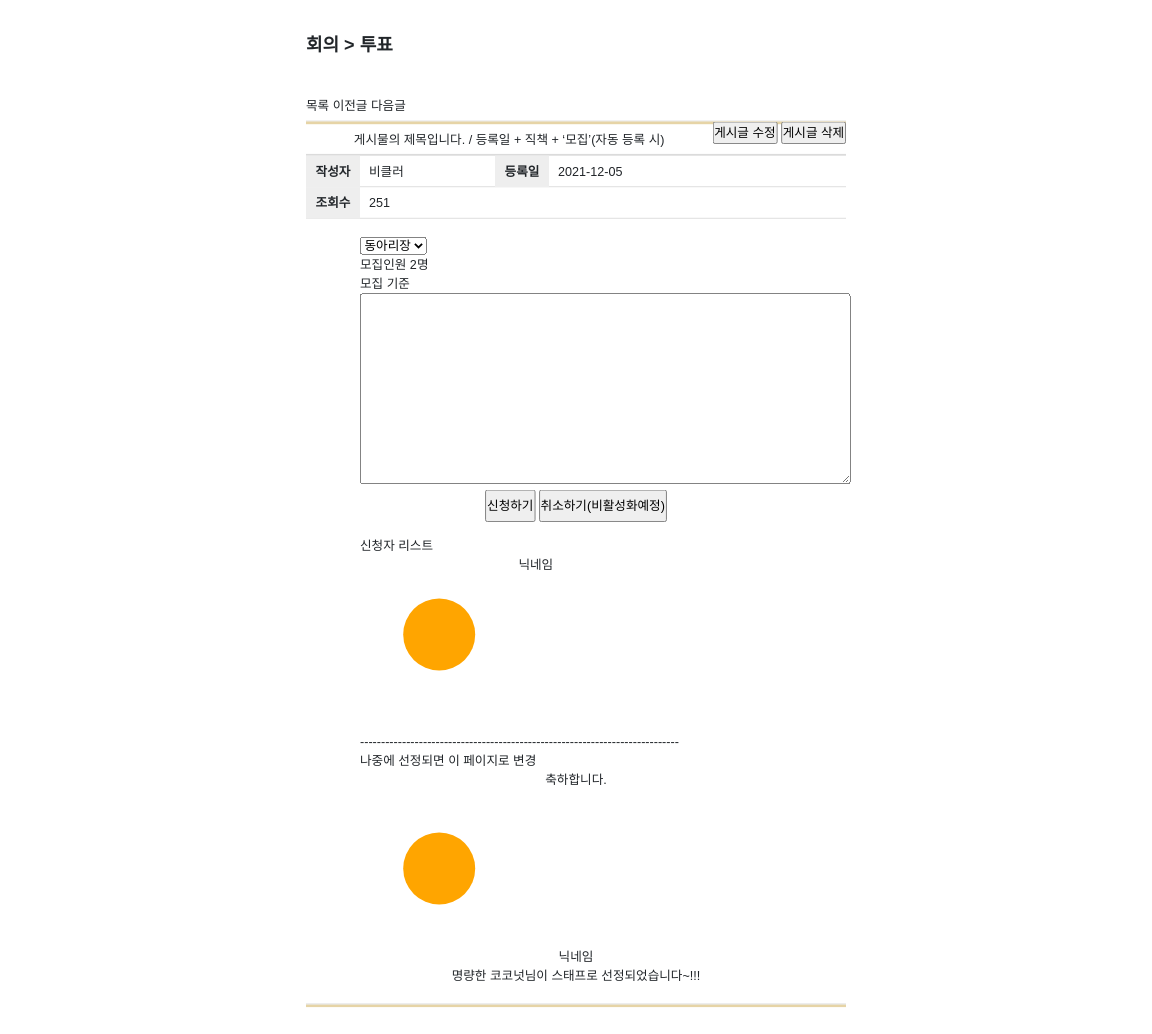
Repository: hyodii/FinalProject
Page: http://localhost/ViewPage/beeMeetingArticle.jsp
These files come from the project's save history. The page is drawn as it stood at one moment and after the next save; the edit follows.
The browser window is 1280 px wide. The pictures show the whole page, at 90% of full size.
The page is served by Tomcat 9.

Above is the page before, as saved 2021-12-11 13:16:48.

### ViewPage/WebContent/beeMeetingArticle.jsp
<%@ page contentType="text/html; charset=UTF-8"%>
<%@ taglib prefix="c" uri="http://java.sun.com/jsp/jstl/core"%>
<%
   request.setCharacterEncoding("UTF-8");
   String cp = request.getContextPath();
%>
<!DOCTYPE html>
<html>
<head>
<meta charset="UTF-8">
<title>beeMeetingArticle.jsp</title>

<!-- Bootstrap CSS -->
<link
   href="https://cdn.jsdelivr.net/npm/bootstrap@5.1.3/dist/css/bootstrap.min.css"
   rel="stylesheet"
   integrity="sha384-1BmE4kWBq78iYhFldvKuhfTAU6auU8tT94WrHftjDbrCEXSU1oBoqyl2QvZ6jIW3"
   crossorigin="anonymous">


<style type="text/css">
/*reset*/
* {margin: 0;padding: 0;}
body {margin: 0;}
h1, h2, h3, h4, h5, h6, p, ul, ol, li, dl, dt, dd {margin: 0; padding: 0;}
h1, h2, h3, h4, h5, h6 {font-weight: 700; }
a {color: inherit; text-decoration: inherit;}
img {vertical-align: middle;}
a img {border: none;}
li {list-style: none;}
address, em, i, ul {font-style: normal;}

/*layout*/
.mo {display: none;}
.en {font-family: 'Exo 2', sans-serif;}
body {font-family: 'Noto Sans KR', sans-serif; font-size: 14px;}
.wrap {margin: 0 auto; }

.row p {
   font-size: 10px;
   margin-left: 3vh;
}

.row {
   margin-left: 10%;
   margin-top: 10%;
}

/* 메인 css */
#bbs
{
	width:600px;
	margin:30px auto;
	text-align:left;
}

#bbs_title
{
	width:574px;
	/* padding-left:20px; */
	height:40px;
	/* border:3px solid #D6D4A6; */
	text-align:left;
	font-weight: bold;
	line-height:40px;
	font-size:15pt;
	margin-bottom:30px;
}

#bbsArticle
{
	width:600px;
	overflow: visible;
	border-top:3px solid #E6D4A6;
	border-bottom:3px solid #E6D4A6;
	text-align:left;
}

#bbsArticle_header
{
	height:35px;
	line-height:35px;
	border-bottom:2px solid #DBDBDB;
	text-align:center;
}
#bbsArticle dl
{
	margin: 0px;
}
#bbsArticle dt
{
	float:left;
	height:35px;
	width:60px;
	line-height:35px;
	text-align:center;
	background-color:#EEEEEE;
}

#bbsArticle dd
{
	float:left;
	height:35px;
	width:150px;
	line-height:35px;
	text-align:left;
	padding-left:10px;
}

.bbsArticle_bottomLine
{
	height:35px;
	line-height:35px;
	border-bottom:1px solid #DBDBDB;
	clear:both;
	text-align:left;
}

.bbsArticle_noLine
{
	height:35px;
	line-height:35px;
	clear:both;
	text-align:left;
}

#bbsArticle_content
{
    overflow: visible;
    border-bottom:1px solid #DBDBDB;
    text-align:left;
    min-height:250px;
    padding: 20px 60px 20px 60px;
    word-break:break-all;
}

#bbsArticle_footer
{
	clear:both;
	height:32px;
	line-height:32px;
	margin-bottom:20px;
	text-align: center;
}

#bbsArticle_footer #leftFooter
{
	float:left;
	width:300px;
	text-align:left;
}

#bbsArticle_footer #rightFooter
{
	float:right;
	width:300px;
	text-align:right;
}

#bbsCreated_footer
{
	width:600px;
	overflow: visible;
	clear:both;
	height:50px;
	line-height:50px;
	margin-bottom:20px;
	text-align:center;
}

.topbtn
{
	float: right;
}

.agree
{
	display: flex;
}

.profile
{
	display: flex;
}
.congratulation
{
	text-align: center;
}

.circle
{
	width: 80px;
	height: 80px;
	border-radius:50%;
	background:orange;
	margin : 10%;
}

</style>
</head>
<body>

<!--
	beeMeetingArticle.jsp
	- 동아리 내 회의 > 모집글 클릭 시 아티클
-->

<div id="bbs">

	<div id="bbs_title">
		회의 > 투표
	</div>

	<div class="bbsArticle_bottomLine">
		목록
		이전글
		다음글
	</div>

	<form action="">
	<div class="topbtn">
		<input type="button" value="게시글 수정" />
		<input type="button" value="게시글 삭제" />
	</div>
	</form>

	<div id="bbsArticle">
	<form>
		<div id="bbsArticle_header">
			게시물의 제목입니다. /  등록일 + 직책  + ‘모집’(자동 등록 시)
		</div>

		<div class="bbsArticle_bottomLine">
			<dl>
				<dt>작성자</dt>
				<dd>비클러</dd>

				<dt>등록일</dt>
				<dd>2021-12-05</dd>
			</dl>
		</div>

		<div class="bbsArticle_bottomLine">
			<dl>
				<dt>조회수</dt>
				<dd>251</dd>
			</dl>
		</div>

		<div id="bbsArticle_content">
			<div class="box">
				<div>
					<select name="categoryKey" class="selectField">
						<option value="leader" selected="selected">동아리장</option>
						<option value="manager">총무</option>
						<option value="staff">스태프</option>
					</select>
				</div>
			</div>

			<div>
				모집인원 2명
			</div>

			<div>
			모집 기준<textarea rows="10" cols="65"></textarea>
			</div>


			<div id="bbsArticle_footer">
				<input type="button" value="신청하기" class="btn2"
				onclick=""/>
				<!-- 신청하기 버튼누르면 활성화 -->
				<input type="button" value="취소하기(비활성화예정)" class="btn2"
				onclick=""/>
			</div>


			<div>
				<p>신청자 리스트</p>

				<div class="profile">
					<div class="circle"></div>
					<p>닉네임</p>
				</div>

		     </div>



					<br>
					----------------------------------------------------------------------------
					<br>
					 나중에 선정되면 이 페이지로 변경
					<br>

					  <div class="congratulation">
					   <div>
					   	<p>축하합니다.</p>
					   </div>

					  <div>
			             <div class="circle"></div>
						 <div>닉네임</div>
					  </div>

		              <div>
					   	<p>명량한 코코넛님이 스태프로 선정되었습니다~!!!</p>
					   </div>
		            </div>


		</div>

	</form>

	</div><!-- close #bbsArticle -->


</div><!-- close #bbs -->

</body>
</html>

After the next save:
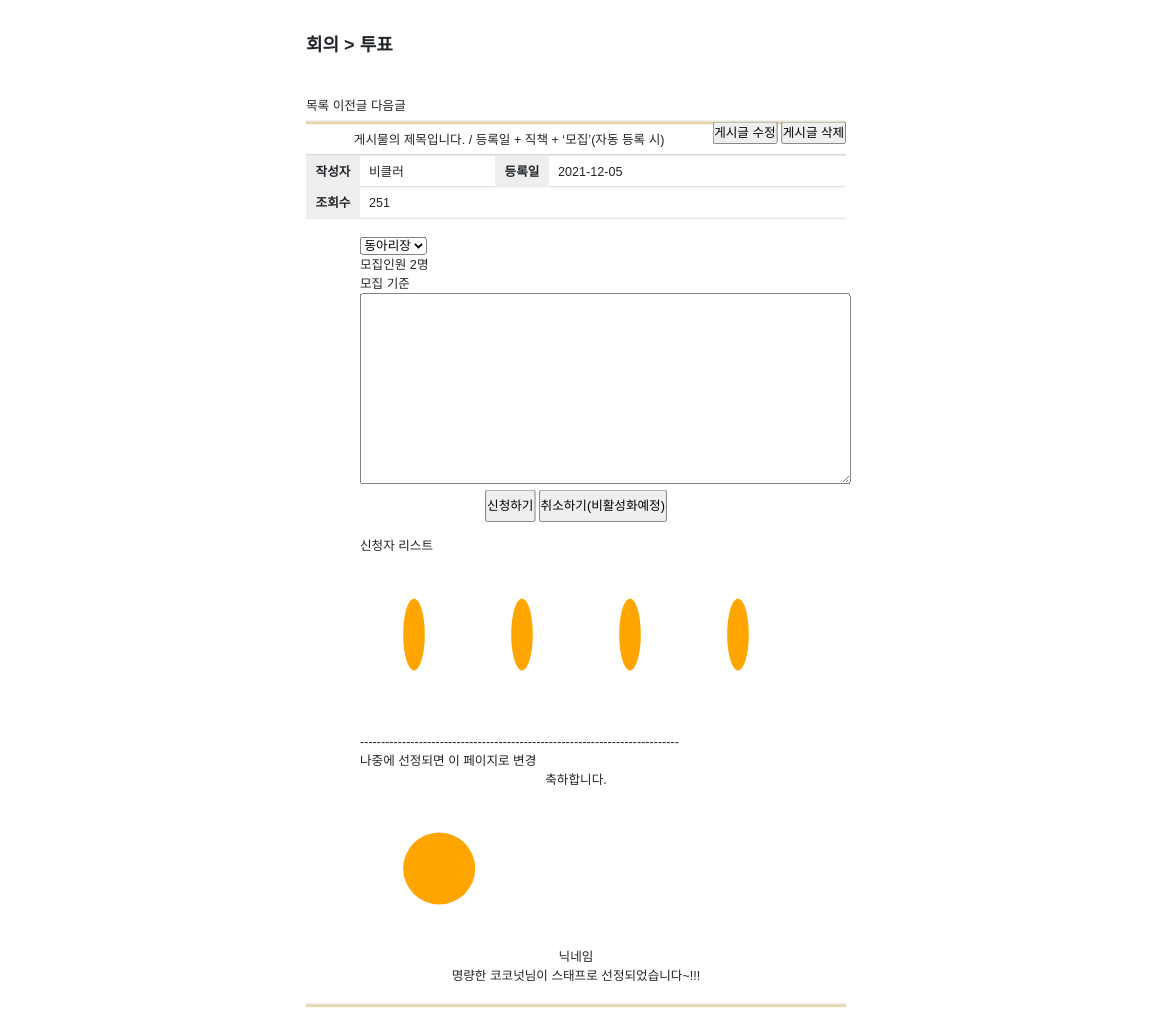
Saved 27 s later.
--- a/ViewPage/WebContent/beeMeetingArticle.jsp
+++ b/ViewPage/WebContent/beeMeetingArticle.jsp
@@ -281,7 +281,10 @@
 
 				<div class="profile">
 					<div class="circle"></div>
-					<p>닉네임</p>
+					<div class="circle"></div>
+					<div class="circle"></div>
+					<div class="circle"></div>
+
 				</div>
 
 		     </div>

After the save that followed:
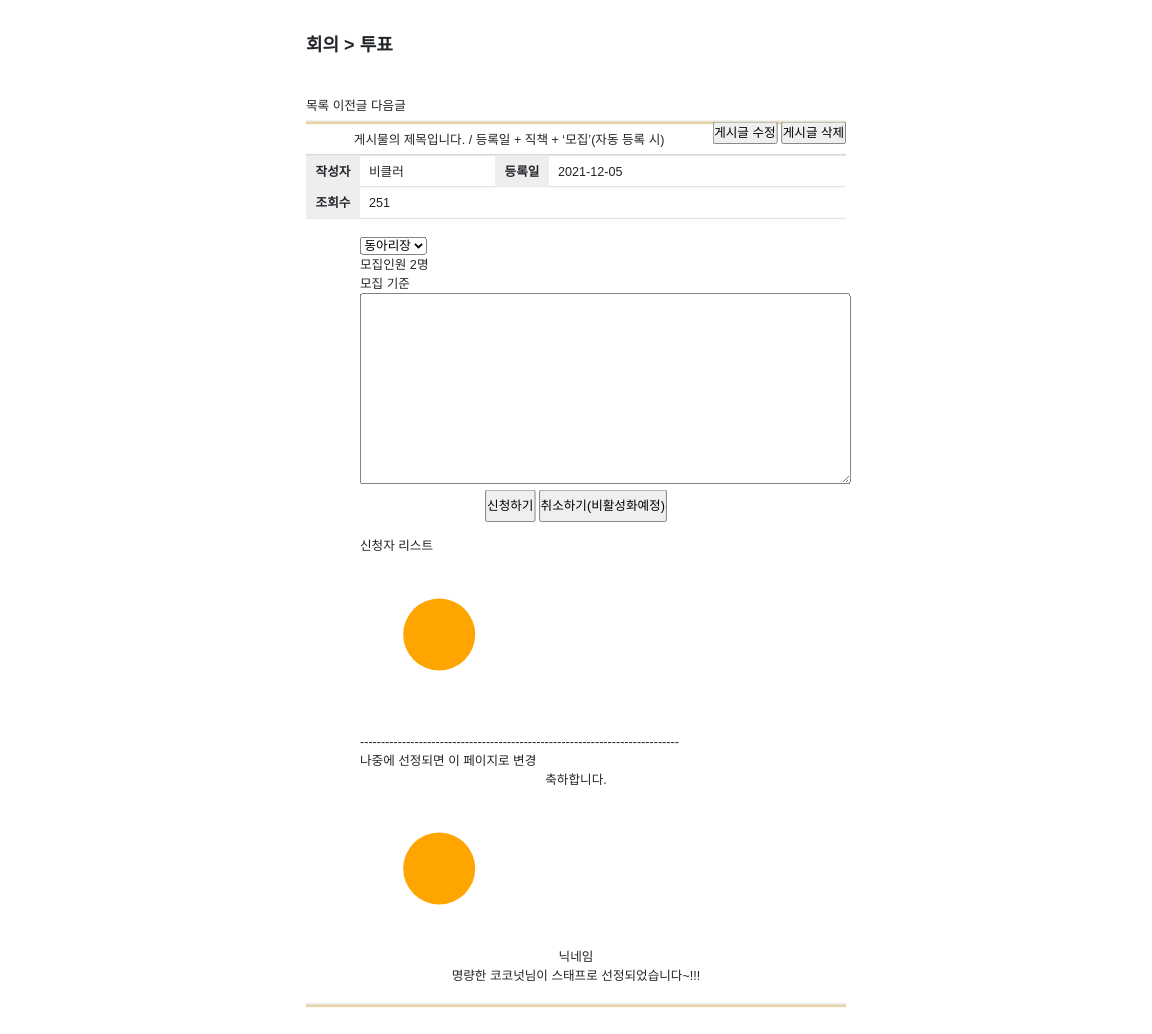
Saved 21 s later.
--- a/ViewPage/WebContent/beeMeetingArticle.jsp
+++ b/ViewPage/WebContent/beeMeetingArticle.jsp
@@ -281,10 +281,6 @@
 
 				<div class="profile">
 					<div class="circle"></div>
-					<div class="circle"></div>
-					<div class="circle"></div>
-					<div class="circle"></div>
-
 				</div>
 
 		     </div>
